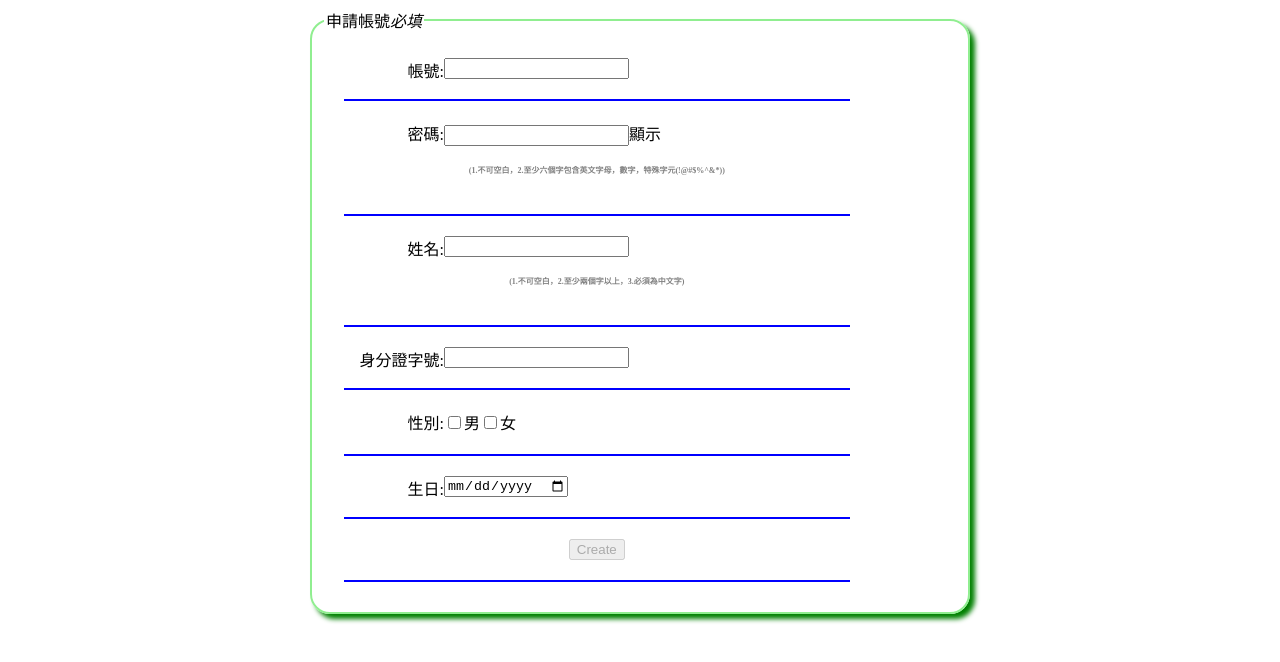
Repository: cctytw2000/JavaSecondProject
Page: Member/EEIT109_35/src/main/webapp/html/RegisteredMember.html
An editor plug-in stored every save of this project. The page is shown before and after the next save, followed by the edit.
The browser window is 1280 px wide. The pictures show the whole page.

Above is the page before, as saved 2019-09-07 02:04:06.

After the next save:
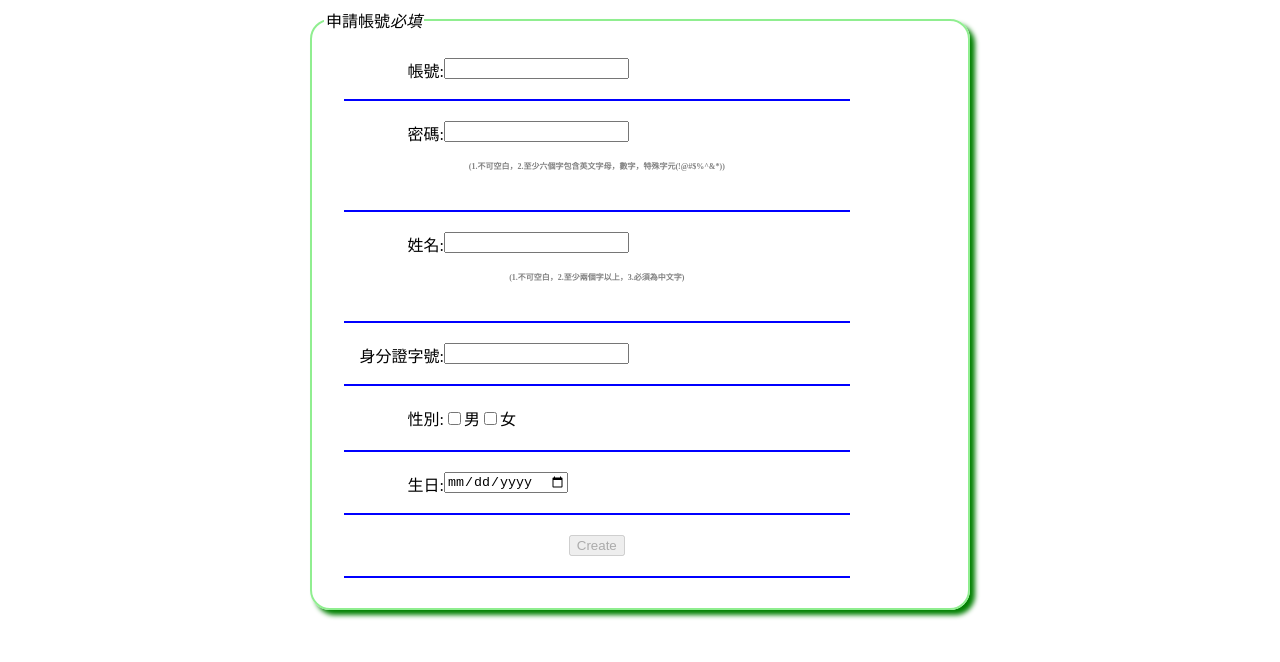
Console error: TypeError: Cannot read properties of null (reading 'addEventListener')
Saved 3 min 8 s later.
--- a/Member/EEIT109_35/src/main/webapp/html/RegisteredMember.html
+++ b/Member/EEIT109_35/src/main/webapp/html/RegisteredMember.html
@@ -17,7 +17,7 @@
 <label class='label1'>帳號:</label><input type="text" id="account" name="account"><span id="account_msg"></span>
 </div>
 <div class="div1">
-<label class='label1'>密碼:</label><input type="password" id="password" name="password"><span id="msg_password"></span><span id="open">顯示</span>
+<label class='label1'>密碼:</label><input type="password" id="password" name="password"><span id="msg_password"></span>
 <h6 style="color: gray;font-size: 8px">(1.不可空白，2.至少六個字包含英文字母，數字，特殊字元(!@#$%^&*))</h6>
 </div>
 <div class="div1">
